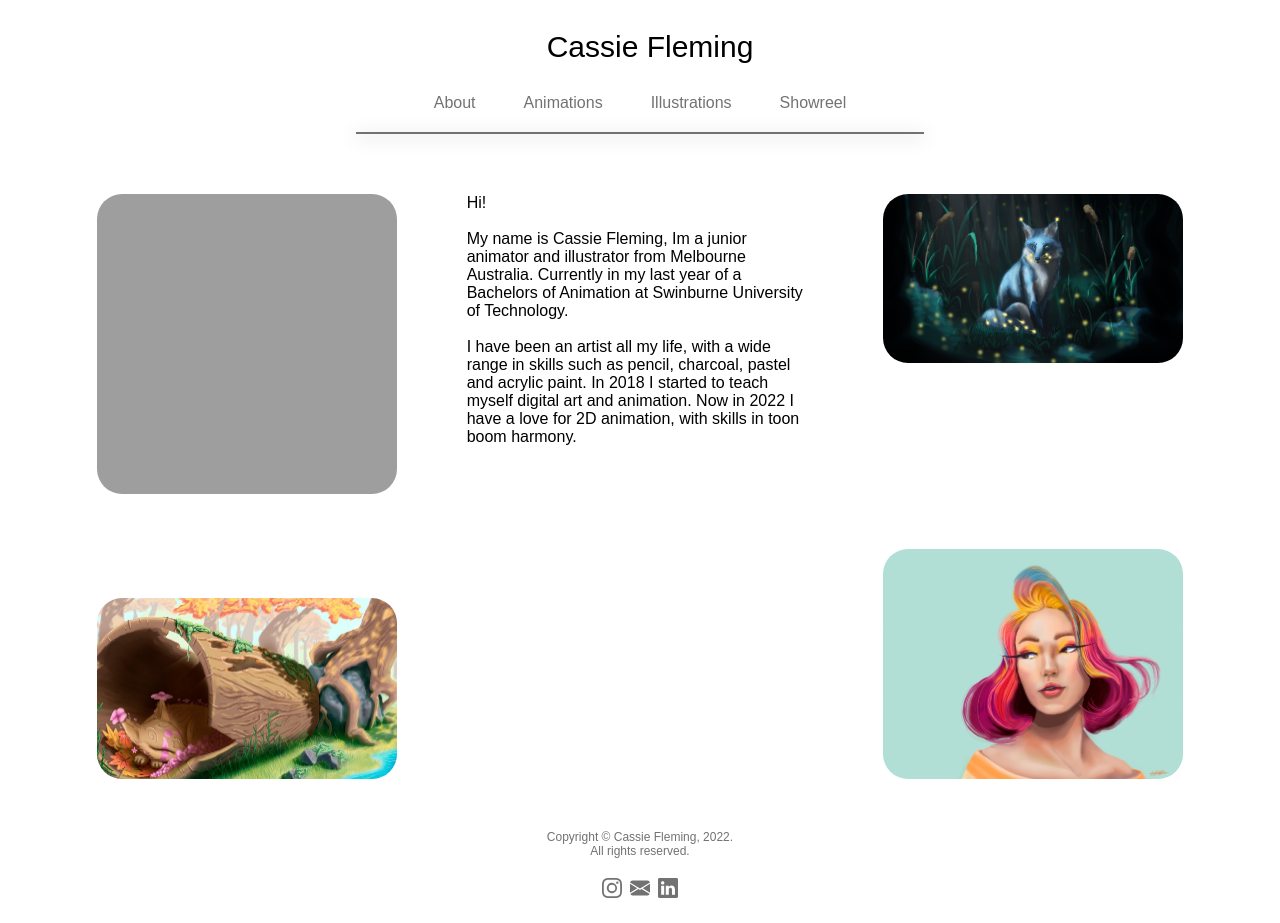
Repository: David-Waite/Cassie-Fleming-portfolio
Page: /
These files come from the project's save history. The page is drawn as it stood at one moment and after the next save; the edit follows.
The browser window is 1280 px wide. The pictures show the whole page.
Pictures or frames that could not be fetched are drawn as grey boxes. Some web fonts or font styles are not loaded; a fallback is used. The project was rebuilt for these pictures with package versions that can differ from the ones it lists, and the page was loaded fresh each time. The framework's server and built-in components were replaced by stand-ins that run in the browser. Also part of the build but not shown: next.config.js.

Above is the page before, as saved 2022-09-11 15:04:06.

After the next save:
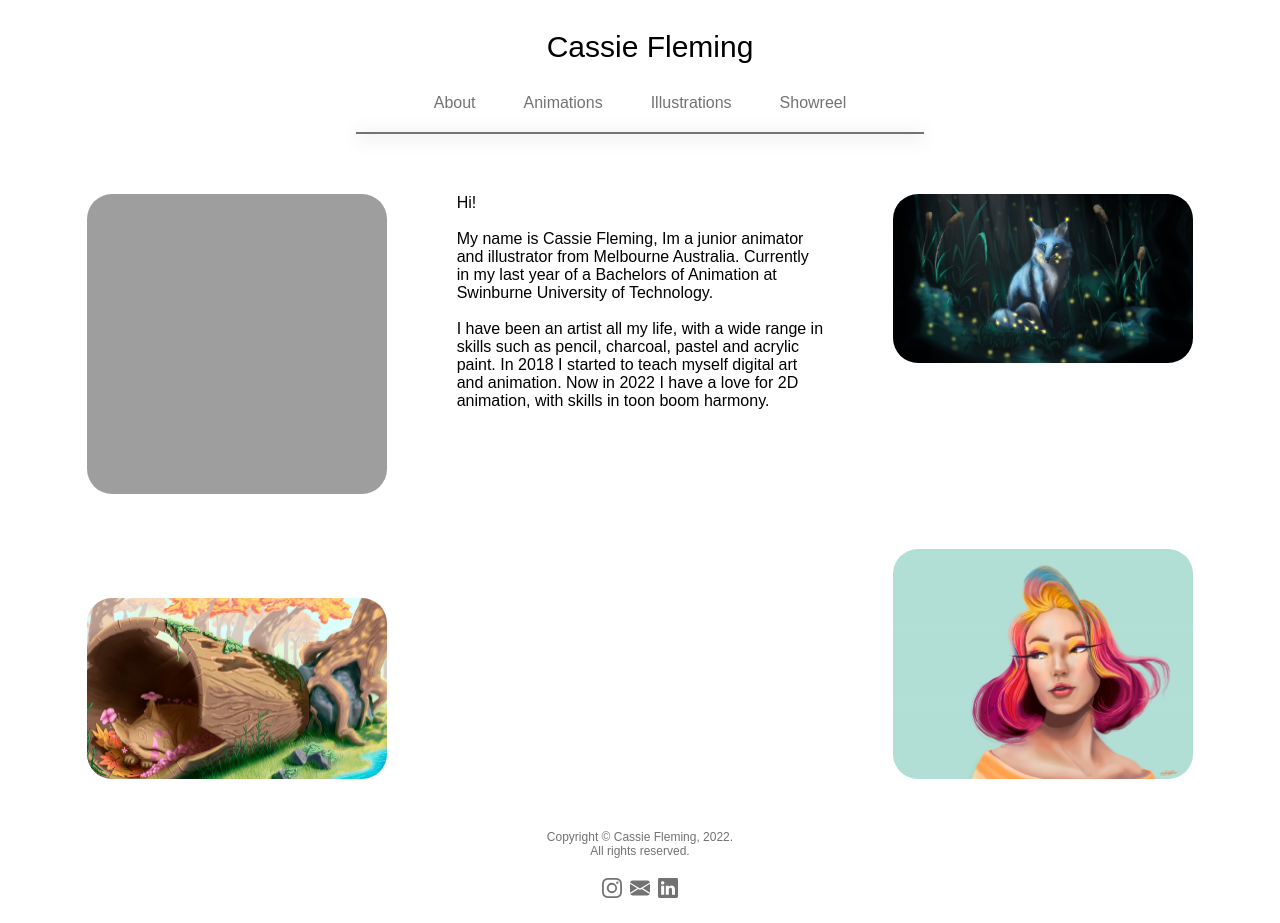
Saved 2 h 19 min later.
--- a/styles/globals.css
+++ b/styles/globals.css
@@ -8,7 +8,7 @@
 }
 
 .layout {
-  margin: 30px 50px 0;
+  margin: 30px 20px 0;
   display: flex;
   flex-direction: column;
   align-items: center;
